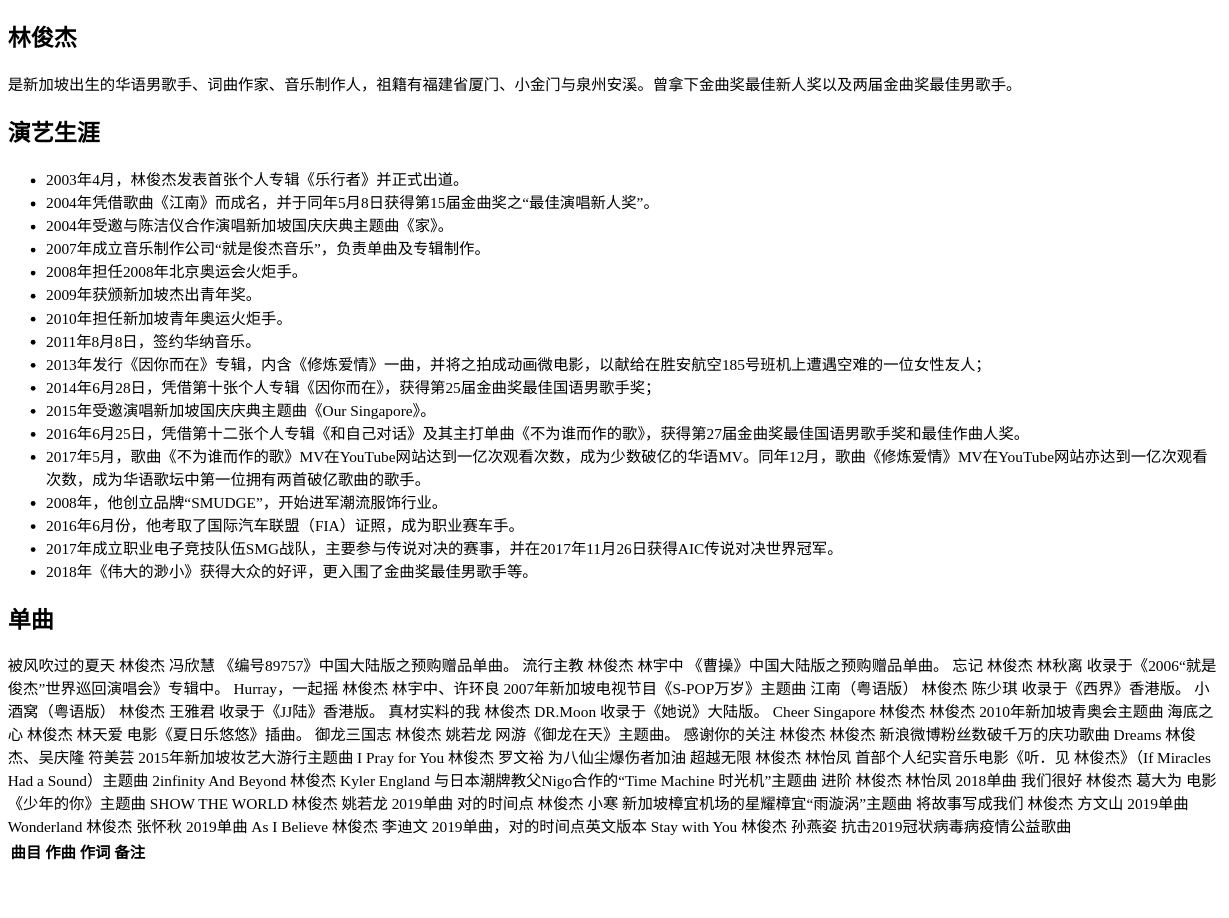
Repository: chenguocan/html_work
Page: html_work.html
An editor plug-in stored every save of this project. The page is shown before and after the next save, followed by the edit.
The browser window is 1280 px wide. The pictures show the whole page, at 96% of full size.

Above is the page before, as saved 2020-06-26 10:06:46.

### html_work.html
<!DOCTYPE html>
<html lang="zh-CN">
  <head>
    <meta charset="UTF-8" />
    <meta
      name="viewport"
      content="width=device-width, initial-scale=1.0, minimum-scale=1.0, maximum-scale=1.0, user-scalable=no"
    />
    <title>Document</title>
  </head>
  <body>
    <section>
      <h1>林俊杰</h1>
      <p>
        是新加坡出生的华语男歌手、词曲作家、音乐制作人，祖籍有福建省厦门、小金门与泉州安溪。曾拿下金曲奖最佳新人奖以及两届金曲奖最佳男歌手。
      </p>
      <h2>演艺生涯</h2>
      <ul>
        <li>2003年4月，林俊杰发表首张个人专辑《乐行者》并正式出道。</li>
        <li>
          2004年凭借歌曲《江南》而成名，并于同年5月8日获得第15届金曲奖之“最佳演唱新人奖”。
        </li>
        <li>2004年受邀与陈洁仪合作演唱新加坡国庆庆典主题曲《家》。</li>
        <li>2007年成立音乐制作公司“就是俊杰音乐”，负责单曲及专辑制作。</li>
        <li>2008年担任2008年北京奥运会火炬手。</li>
        <li>2009年获颁新加坡杰出青年奖。</li>
        <li>2010年担任新加坡青年奥运火炬手。</li>
        <li>2011年8月8日，签约华纳音乐。</li>
        <li>
          2013年发行《因你而在》专辑，内含《修炼爱情》一曲，并将之拍成动画微电影，以献给在胜安航空185号班机上遭遇空难的一位女性友人；
        </li>
        <li>
          2014年6月28日，凭借第十张个人专辑《因你而在》，获得第25届金曲奖最佳国语男歌手奖；
        </li>
        <li>2015年受邀演唱新加坡国庆庆典主题曲《Our Singapore》。</li>
        <li>
          2016年6月25日，凭借第十二张个人专辑《和自己对话》及其主打单曲《不为谁而作的歌》，获得第27届金曲奖最佳国语男歌手奖和最佳作曲人奖。
        </li>
        <li>
          2017年5月，歌曲《不为谁而作的歌》MV在YouTube网站达到一亿次观看次数，成为少数破亿的华语MV。同年12月，歌曲《修炼爱情》MV在YouTube网站亦达到一亿次观看次数，成为华语歌坛中第一位拥有两首破亿歌曲的歌手。
        </li>
        <li>2008年，他创立品牌“SMUDGE”，开始进军潮流服饰行业。</li>
        <li>2016年6月份，他考取了国际汽车联盟（FIA）证照，成为职业赛车手。</li>
        <li>
          2017年成立职业电子竞技队伍SMG战队，主要参与传说对决的赛事，并在2017年11月26日获得AIC传说对决世界冠军。
        </li>
        <li>
          2018年《伟大的渺小》获得大众的好评，更入围了金曲奖最佳男歌手等。
        </li>
      </ul>
      <h2>单曲</h2>
      <table>
        <thead>
          <tr>
            <th>曲目</th>
            <th>作曲</th>
            <th>作词</th>
            <th>备注</th>
          </tr>
        </thead>
        <tbody>
          <tr>
            被风吹过的夏天 林俊杰 冯欣慧 《编号89757》中国大陆版之预购赠品单曲。
          </tr>
          <tr>
            流行主教 林俊杰 林宇中 《曹操》中国大陆版之预购赠品单曲。
          </tr>
          <tr>
            忘记 林俊杰 林秋离 收录于《2006“就是俊杰”世界巡回演唱会》专辑中。
          </tr>
          <tr>
            Hurray，一起摇 林俊杰 林宇中、许环良
            2007年新加坡电视节目《S-POP万岁》主题曲
          </tr>
          <tr>
            江南（粤语版） 林俊杰 陈少琪 收录于《西界》香港版。
          </tr>
          <tr>
            小酒窝（粤语版） 林俊杰 王雅君 收录于《JJ陆》香港版。
          </tr>
          <tr>
            真材实料的我 林俊杰 DR.Moon 收录于《她说》大陆版。
          </tr>
          <tr>
            Cheer Singapore 林俊杰 林俊杰 2010年新加坡青奥会主题曲
          </tr>
          <tr>
            海底之心 林俊杰 林天爱 电影《夏日乐悠悠》插曲。
          </tr>
          <tr>
            御龙三国志 林俊杰 姚若龙 网游《御龙在天》主题曲。
          </tr>
          <tr>
            感谢你的关注 林俊杰 林俊杰 新浪微博粉丝数破千万的庆功歌曲
          </tr>
          <tr>
            Dreams 林俊杰、吴庆隆 符美芸 2015年新加坡妆艺大游行主题曲
          </tr>
          <tr>
            I Pray for You 林俊杰 罗文裕 为八仙尘爆伤者加油
          </tr>
          <tr>
            超越无限 林俊杰 林怡凤 首部个人纪实音乐电影《听．见 林俊杰》（If
            Miracles Had a Sound）主题曲
          </tr>
          <tr>
            2infinity And Beyond 林俊杰 Kyler England
            与日本潮牌教父Nigo合作的“Time Machine 时光机”主题曲
          </tr>
          <tr>
            进阶 林俊杰 林怡凤 2018单曲
          </tr>
          <tr>
            我们很好 林俊杰 葛大为 电影《少年的你》主题曲
          </tr>
          <tr>
            SHOW THE WORLD 林俊杰 姚若龙 2019单曲
          </tr>
          <tr>
            对的时间点 林俊杰 小寒 新加坡樟宜机场的星耀樟宜“雨漩涡”主题曲
          </tr>
          <tr>
            将故事写成我们 林俊杰 方文山 2019单曲
          </tr>
          <tr>
            Wonderland 林俊杰 张怀秋 2019单曲
          </tr>
          <tr>
            As I Believe 林俊杰 李迪文 2019单曲，对的时间点英文版本
          </tr>
          <tr>
            Stay with You 林俊杰 孙燕姿 抗击2019冠状病毒病疫情公益歌曲
          </tr>
        </tbody>
      </table>
    </section>
  </body>
</html>

After the next save:
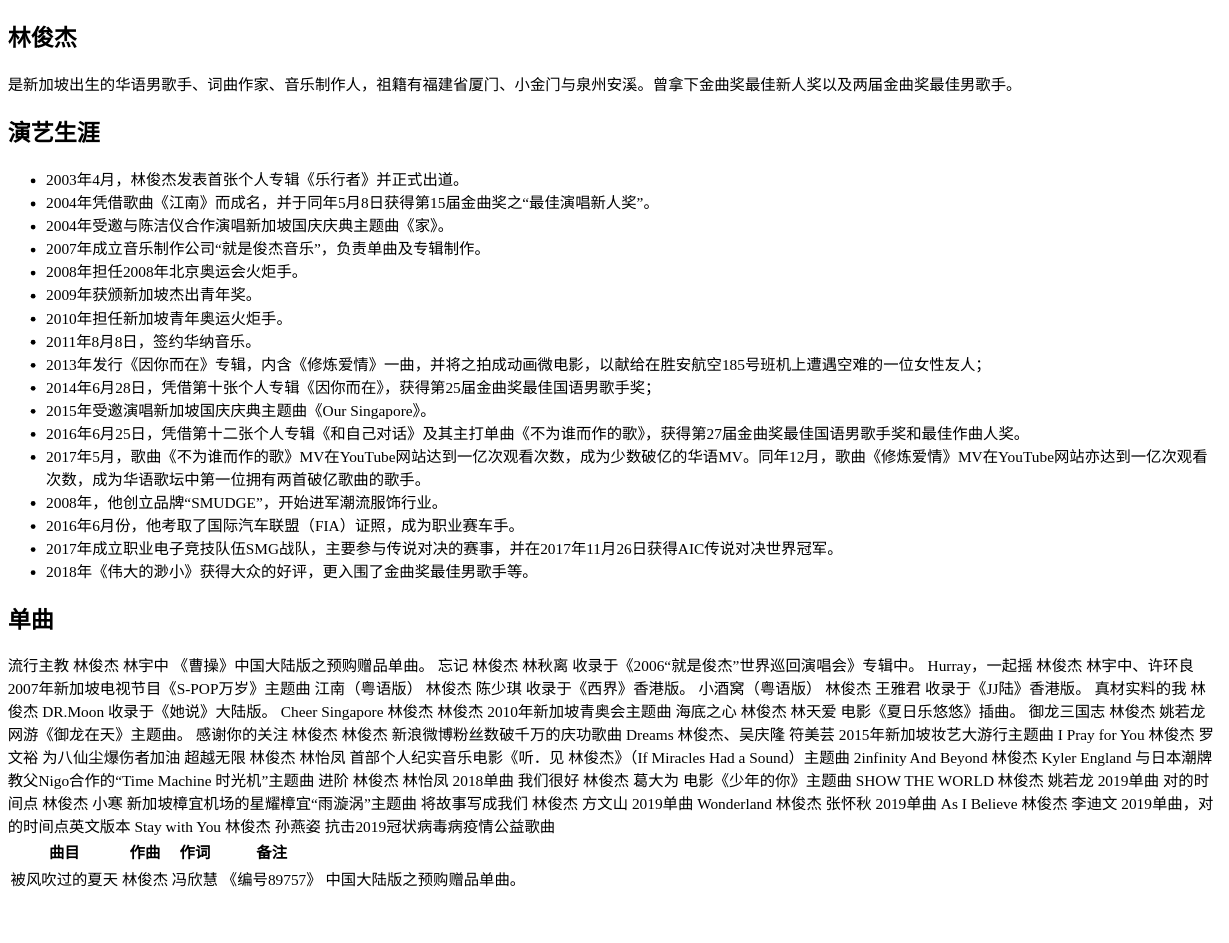
Saved 40 s later.
--- a/html_work.html
+++ b/html_work.html
@@ -60,7 +60,11 @@
         </thead>
         <tbody>
           <tr>
-            被风吹过的夏天 林俊杰 冯欣慧 《编号89757》中国大陆版之预购赠品单曲。
+            <td>被风吹过的夏天</td>
+            <td>林俊杰</td>
+            <td>冯欣慧</td>
+            <td>《编号89757》</td>
+            <td>中国大陆版之预购赠品单曲。</td>
           </tr>
           <tr>
             流行主教 林俊杰 林宇中 《曹操》中国大陆版之预购赠品单曲。
